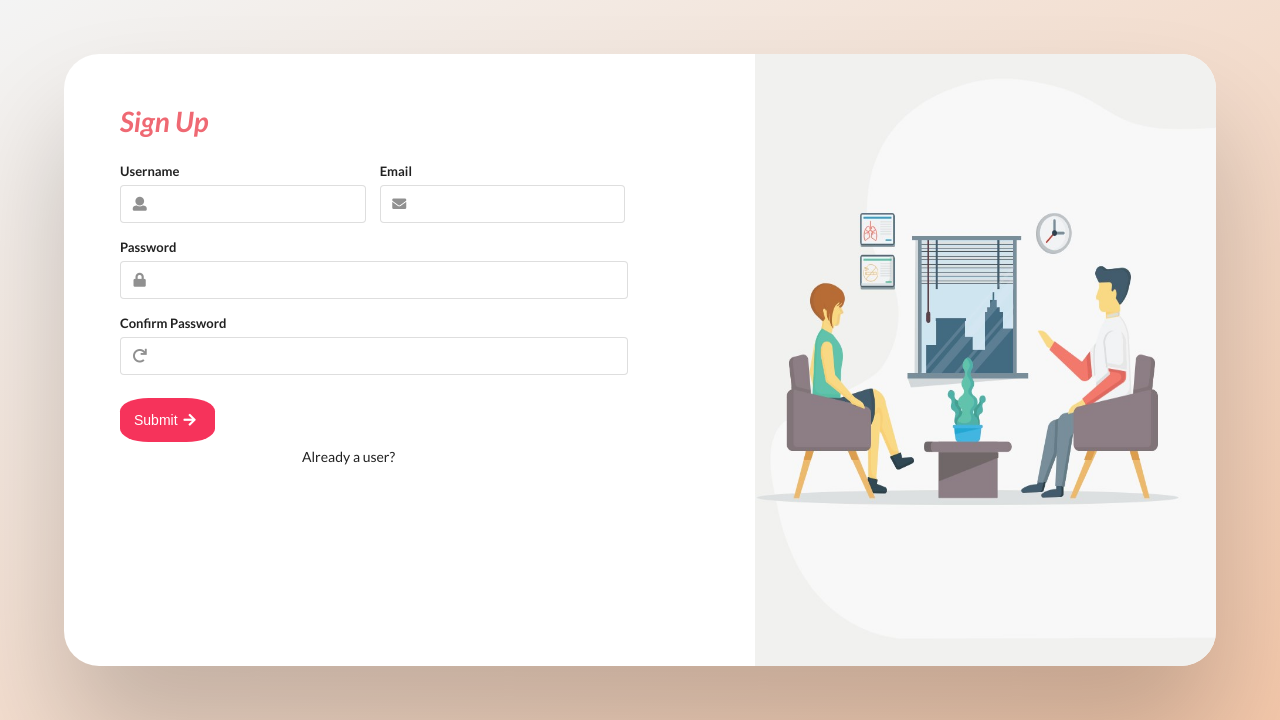
Repository: ajayaj2001/healthcare-digitization
Page: /register
The author's editor kept a copy of each file at every save. The page is drawn from the files as they stood at one save, then again after the next save.
The browser window is 1280 px wide. The pictures show the whole page.
The project was rebuilt for these pictures with package versions that can differ from the ones it lists, and the page was loaded fresh each time. Also part of the build but not shown: src/component/userType/UserType.scss, src/component/userType/UserType.js, src/component/login/Login.scss, src/component/login/loginForm/LoginForm.scss, src/component/login/loginForm/LoginForm.js, src/component/login/Login.js.

Above is the page before, as saved 2021-03-12 22:36:47.

### public/index.html
<!DOCTYPE html>
<html lang="en">

<head>
  <meta charset="utf-8" />
  <meta name="viewport" content="width=device-width, initial-scale=1" />
  <meta name="theme-color" content="#000000" />
  <meta name="description" content="Web site created using create-react-app" />
  <link rel="stylesheet" href="https://fonts.googleapis.com/css?family=Roboto:300,400,500,700&display=swap" />
  <link rel="stylesheet" href="https://fonts.googleapis.com/icon?family=Material+Icons" />

  <!--
      manifest.json provides metadata used when your web app is installed on a
      user's mobile device or desktop. See https://developers.google.com/web/fundamentals/web-app-manifest/
    -->
  <!-- <link rel="manifest" href="%PUBLIC_URL%/manifest.json" /> -->
  <!--
      Notice the use of %PUBLIC_URL% in the tags above.
      It will be replaced with the URL of the `public` folder during the build.
      Only files inside the `public` folder can be referenced from the HTML.

      Unlike "/favicon.ico" or "favicon.ico", "%PUBLIC_URL%/favicon.ico" will
      work correctly both with client-side routing and a non-root public URL.
      Learn how to configure a non-root public URL by running `npm run build`.
    -->
  <title>medical</title>
</head>

<body>
  <noscript>You need to enable JavaScript to run this app.</noscript>
  <div id="root"></div>
  <!--
      This HTML file is a template.
      If you open it directly in the browser, you will see an empty page.

      You can add webfonts, meta tags, or analytics to this file.
      The build step will place the bundled scripts into the <body> tag.

      To begin the development, run `npm start` or `yarn start`.
      To create a production bundle, use `npm run build` or `yarn build`.
    -->
</body>

</html>

### src/index.js
import React from 'react';
import ReactDOM from 'react-dom';
import './index.scss';
import App from './component/app/App';
import 'semantic-ui-css/semantic.min.css'


ReactDOM.render(
  // <React.StrictMode>
    <App />
  // </React.StrictMode>
  ,
  document.getElementById('root')
);

### src/index.scss
code {
  font-family: source-code-pro, Menlo, Monaco, Consolas, "Courier New", monospace;
}
@mixin respond($breakpoint) {
  @if $breakpoint == phone {
    @media (max-width: 37.5em) {
      @content;
    }
  }

  @if $breakpoint == tab-land {
    @media (max-width: 75em) {
      @content;
    }
  }
  @if $breakpoint == tab-port {
    @media (max-width: 56.25em) {
      @content;
    }
  }
  @if $breakpoint == big-desktop {
    @media (min-width: 112.5em) {
      @content;
    }
  }
}

*,
*::after,
*::before {
  margin: 0;
  padding: 0;
  box-sizing: inherit;
}
body {
  font-family: "Lato", sans-serif;
  font-weight: 400;
  font-size: 16px;
  line-height: 1.7;
  color: #777;
  //padding: 30px;
  box-sizing: border-box;
  @include respond(tab-port) {
    padding: 0;
  }
}

html {
  font-size: 62.5%; //1rem=10px 10px/16px=62.5%
  @include respond(tab-land) {
    //width <1200
    font-size: 56.25%; //1rem=9px
  }
  @include respond(tab-port) {
    //<width <900
    font-size: 50%; //1rem=8px
  }
  // @include respond(phone) {
  //     //<width<600
  //     font-size: 40%; //1rem=4.8px
  // }
  @include respond(big-desktop) {
    //>1200
    font-size: 75%; //1rem=12
  }
}

### src/component/app/App.js
import './App.scss';

import UserType from "../userType/UserType";
import Login from '../login/Login';
import Register from '../register/Register';

function App() {
  return (
    <div className="App">
      {/* <UserType /> */}
      {/* <Login/> */}
      <Register/>
    </div>
  );
}

export default App;

### src/component/register/Register.js
import React from 'react'

import './Register.scss'
import sideImage from '../../img/img-2.jpg'
import RegisterForm from './registerForm/RegisterForm'

const Register = () => {
    return (
        <div className="container">
            <div className="register">
                <div className="register__signup">
                    <div className="register__signup--form"><RegisterForm /></div>
                </div>

                <img src={sideImage} alt="rocket" className="register__image" />
            </div>
        </div>
    )
}

export default Register

### src/component/register/Register.scss
.container {
    margin: 0;
    background-image: linear-gradient(to right bottom, #f3f4f4, #f1bd9ad8);
    height: 100vh;
    display: flex;
    justify-content: center;
    align-items: center;
}

.register {
    background-color: white;
    width: 90%;
    height: 85%;
    display: grid;
    grid-template-columns: 60% 40%;
    @media (max-width: 65em) {
        grid-template-columns: 100%;
      }
    border-radius: 2.5rem;
    overflow: hidden;
    box-shadow: 0 5rem 8rem rgba(black, 0.2);
    &__signup {
        display: flex;
        flex-direction: column;
        justify-content: space-between;

        &--form {
            height: 70%;
        }
    }

    &__image {
        width: 100%;
        height: 100%;
    }
    @media (max-width: 65em) {
        &__image {
            display: none;
        }
      }
}

### src/component/register/registerForm/RegisterForm.js
import React, { useState } from 'react'
import { Form, Icon, Message } from 'semantic-ui-react'
// import { Link } from 'react-router-dom';
// import firebase from '../../../../firebase';
import './RegisterForm.scss'
const RegisterForm = () => {

    const [errors, seterrors] = useState("")
    const [username, setUsername] = useState("");
    const [email, setEmail] = useState("");
    const [password, setPassword] = useState("");
    const [confirmPassword, setConfirmPassword] = useState("");
    const [loading, setLoading] = useState(false);
    // const [usersRef] = useState(firebase.database().ref('users'));




    const isFormValid = () => {
        if (!username || !email || !password || !confirmPassword) {
            seterrors("Fill all the fields");
            return false;
        }
        else if (password.length < 6 || confirmPassword.length < 6) {
            if (password !== confirmPassword) {
                seterrors("Password dont match")
                return false;
            }
            else {
                seterrors("Password atleast have 6 character")
                return false;
            }
        }
        else {
            return true;
        }
    }


    const formSubmit = (event) => {
        event.preventDefault();
        if (isFormValid()) {
            setLoading(true)
            // firebase
            //     .auth()
            //     .createUserWithEmailAndPassword(email, password)
            //     .then(createdUser => {
            //         seterrors("");
            //         createdUser.user.updateProfile({
            //             displayName: username,
            //             photoURL: `http://gravatar.com/avatar/${md5(createdUser.user.email)}?d=identicon`
            //         })
            //             .then(() => {
            //                 usersRef.child(createdUser.user.uid).set({
            //                     name: createdUser.user.displayName,
            //                     avatar: createdUser.user.photoURL
            //                 });
            //                 setLoading(false);
            //             })
            //             .catch((err) => {
            //                 console.log(err);
            //                 setLoading(false);
            //                 seterrors(err.message);
            //             })
            //     })
            //     .catch(err => {
            //         seterrors(err.message);
            //         setLoading(false);
            //     });
        }
    }


    return (
        <div className="registerform">
            {
                errors ? <Message error className="registerform__error" ><h2>Error  :  {errors}</h2></Message> : ""

            }

            <h4 className="registerform__heading">Sign Up </h4>
            <Form onSubmit={formSubmit}>
                <Form.Group >
                    <Form.Input
                        fluid
                        id='form-subcomponent-shorthand-input-first-name'
                        label='Username'
                        className="registerform__input1"
                        icon="user"
                        iconPosition="left"
                        type="text"
                        onChange={(event) => setUsername(event.target.value)}
                        value={username}
                    />
                    <Form.Input
                        fluid
                        id='form-subcomponent-shorthand-input-last-name'
                        label='Email'
                        icon="mail"
                        iconPosition="left"
                        type="email"
                        onChange={(event) => setEmail(event.target.value)}
                        value={email}

                        className={errors.toLowerCase().includes('email') ? 'error  registerform__input1' : ' registerform__input1'}
                    />
                </Form.Group>
                <Form.Input
                    fluid
                    name="username"
                    icon="lock"
                    iconPosition="left"
                    label="Password"
                    type="password"
                    onChange={(event) => setPassword(event.target.value)}
                    value={password}
                    className={errors.toLowerCase().includes('password') ? 'error registerform__input2' : ' registerform__input2'}
                />
                <Form.Input
                    fluid
                    name="username"
                    icon="repeat"
                    iconPosition="left"
                    label="Confirm Password"
                    type="password"
                    onChange={(event) => setConfirmPassword(event.target.value)}
                    value={confirmPassword}
                    className={errors.toLowerCase().includes('password dont match') ? 'error registerform__input2' : 'registerform__input2'}
                />
                <button type='submit' disabled={loading} className={loading ? 'loading registerform__button' : "registerform__button"} >Submit <Icon name="arrow right" /> </button>
            </Form>
            <div className="registerform__link">Already a user?{/*<Link to="/login">  Login</Link>*/}</div>

        </div>
    )
}

export default RegisterForm

### src/component/register/registerForm/RegisterForm.scss
.registerform {
    margin-top: 3.5rem;
    padding-left: 4rem;
    &__heading {
        padding-bottom: 0.6rem;
        color: #ef6973;
        font-size: 2rem;
        font-weight: 900;
        font-style: italic;
    }
    &__input1 {
        width: 40%;
    }
    &__input2 {
        width: 80%;
    }
    &__button {
        background-color: #f6335b;
        border: none;
        padding: 1rem 1rem;
        border-radius: 30%;
        color: white;
        margin-top: 0.6rem;
    }
    &__button:focus,&__button:hover {
        outline: none;
        background-color: #fd012b;
    }
    &__link {
        padding-top: 0.4rem;
        padding-left: 13rem;
    }
    &__error {
        margin-top: -2rem !important;
        padding: 1.3rem !important;
    }
}

Loaded but not shown: src/component/app/App.scss (no stored copy; drawn as an empty file)

After the next save:
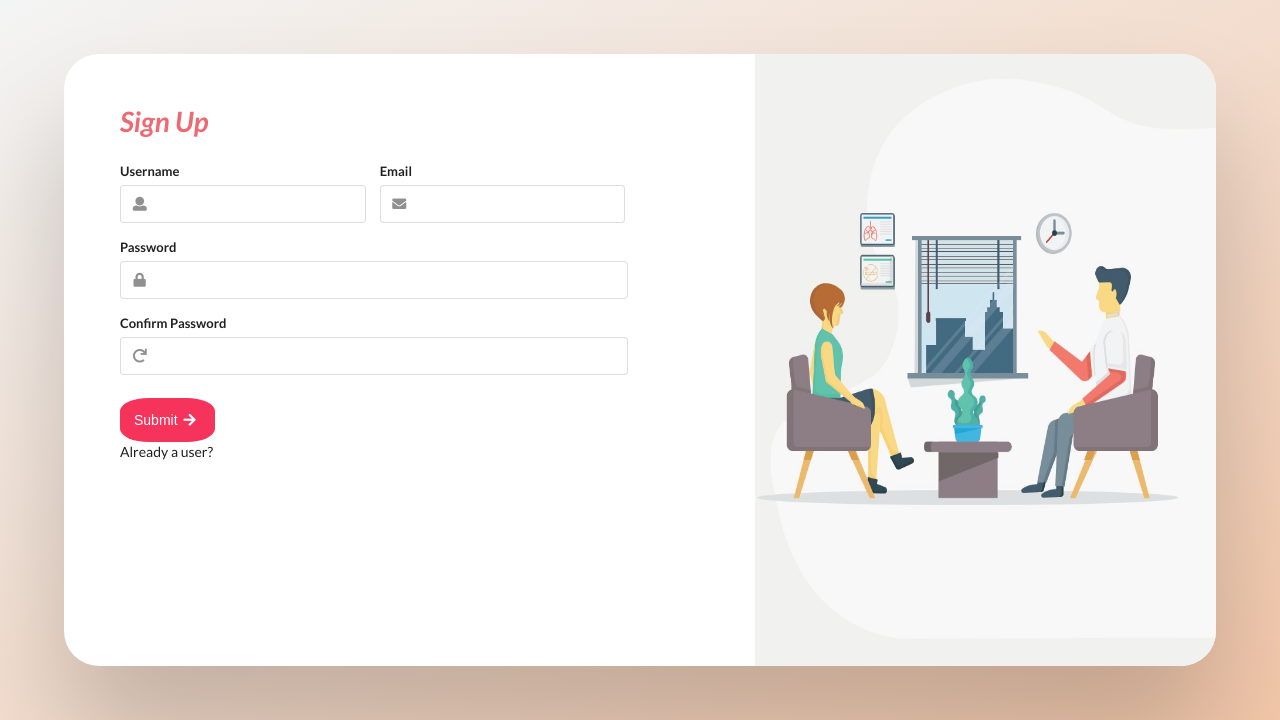
Saved 3 min 34 s later.
--- a/src/component/register/registerForm/RegisterForm.scss
+++ b/src/component/register/registerForm/RegisterForm.scss
@@ -27,8 +27,8 @@
         background-color: #fd012b;
     }
     &__link {
-        padding-top: 0.4rem;
-        padding-left: 13rem;
+        // padding-top: 0.4rem;
+        // padding-left: 13rem;
     }
     &__error {
         margin-top: -2rem !important;
